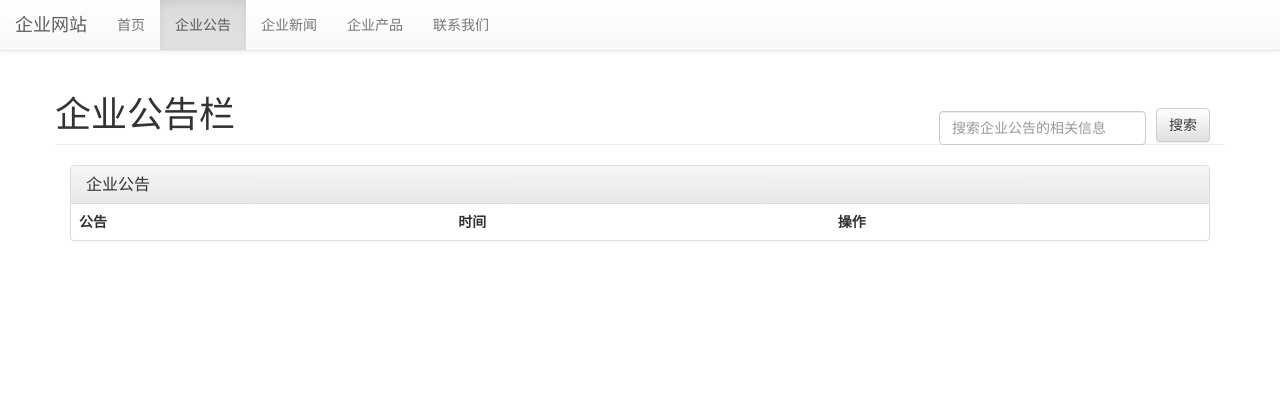
Repository: Mrzx0925/mystudyj2ee
Page: mvssh/src/main/webapp/mywrite/gonggao.html
An editor plug-in stored every save of this project. The page is shown before and after the next save, followed by the edit.
The browser window is 1280 px wide. The pictures show the whole page.
The page's requests for data from a server got no answer.

Above is the page before, as saved 2019-12-22 13:26:41.

After the next save:
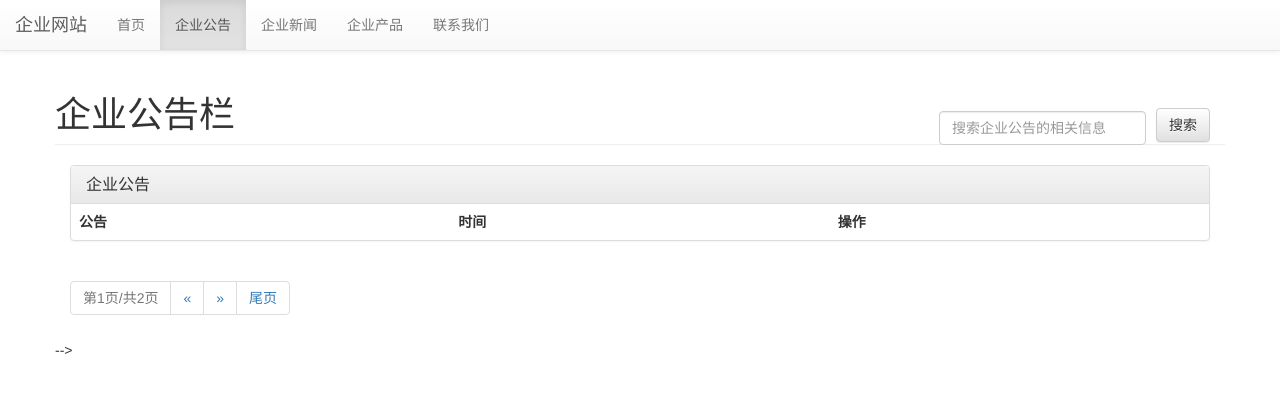
Saved 7 s later.
--- a/mvssh/src/main/webapp/mywrite/gonggao.html
+++ b/mvssh/src/main/webapp/mywrite/gonggao.html
@@ -75,7 +75,20 @@
 
 
 
+ <!--
+				<div class="pull-right">
+					<!--右对齐--->
+					<ul class="pagination">
+						<li class="disabled"><a href="#">第1页/共2页</a></li>
 
+
+						<li><a href="">&laquo;</a></li>
+						<!-- 上一页 -->
+
+						<li><a href="">&raquo;</a></li>
+						<li><a href="">尾页</a></li>
+					</ul>
+				</div> -->
 
 			</div>
 
